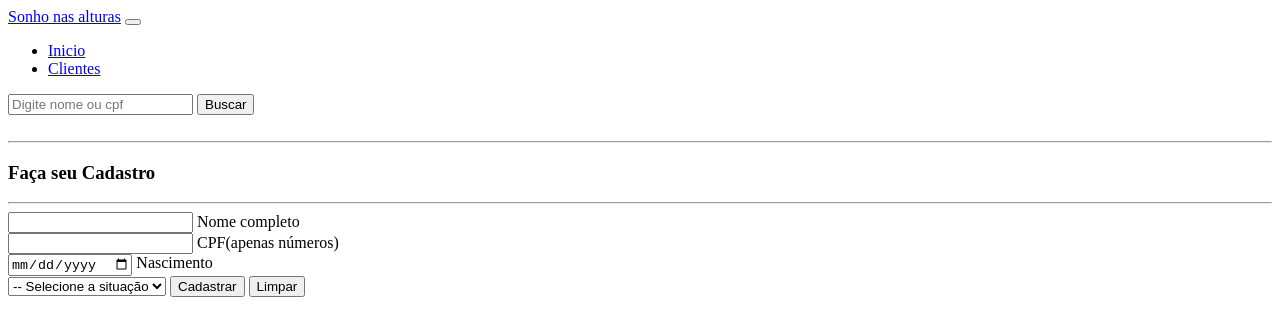
Repository: GabrielAzevedo99/back-end
Page: http://localhost/java-crud/lista.jsp
These files come from the project's save history. The page is drawn as it stood at one moment and after the next save; the edit follows.
The browser window is 1280 px wide. The pictures show the whole page.
The page is served by Tomcat 9. Other server files are loaded and not shown.

Above is the page before, as saved 2022-02-05 21:30:00.

### java-crud/src/main/webapp/lista.jsp
<%@ page language="java" contentType="text/html; charset=ISO-8859-1" pageEncoding="ISO-8859-1"%>
<%@ taglib uri='http://java.sun.com/jsp/jstl/core' prefix='c'%>
<!DOCTYPE html>
<html>
<head>
<meta charset="ISO-8859-1">
<title>Insert title here</title>
</head>
<body>
<nav class="navbar navbar-expand-lg navbar-light bg-light">
  <div class="container-fluid">
    <a class="navbar-brand" href="#">Sonho nas alturas</a>
    <button class="navbar-toggler" type="button" data-bs-toggle="collapse" data-bs-target="#navbarSupportedContent" aria-controls="navbarSupportedContent" aria-expanded="false" aria-label="Toggle navigation">
      <span class="navbar-toggler-icon"></span>
    </button>
    <div class="collapse navbar-collapse" id="navbarSupportedContent">
      <ul class="navbar-nav me-auto mb-2 mb-lg-0">
        <li class="nav-item">
          <a class="nav-link active" aria-current="page" href="index.html">Inicio</a>
        </li>
        <li class="nav-item">
          <a class="nav-link" href="#">Clientes</a>
        </li>


      </ul>
      <form action="CreateAndFind" method="GET" class="d-flex">
        <input name="pesquisa" class="form-control me-2" type="search" placeholder="Digite nome ou cpf" aria-label="Search">
        <button class="btn btn-outline-success" type="submit">Buscar</button>
      </form>
    </div>
  </div>
</nav>

<br>
<div class="container">
<div class="row">
<hr>
<h3>Faça seu Cadastro</h3>
<hr>
<form action="CreateAndFind" method="POST">

<div class="form-floating mb-3">
						<input name="nome" maxlength="40" type="text" class="form-control" id="floatingInput1">
						<label>Nome completo</label>
					</div>
					<div class="form-floating mb-3">
						<input name="cpf" maxlength="11" type="text" class="form-control">
						<label>CPF(apenas números)</label>
					</div>
					<div class="form-floating mb-3">
						<input name="nascimento" type="date" class="form-control" placeholder="Nascimento">
						<label>Nascimento</label>
					</div>
					<select name="situacao" class="form-select mb-3" aria-label="Exemplo de seleção padrão">
						<option value="Inativo" selected>-- Selecione a situação</option>
						<option value="Ativo">Ativo</option>
						<option value="Inativo">Inativo</option>
					</select>

					<button class=" btn btn-primary" type="submit" >Cadastrar </button>
					<button class ="btn btn-secondary" type="reset" >Limpar</button>



<!-- JavaScript Bundle with Popper -->
<script src="https://cdn.jsdelivr.net/npm/bootstrap@5.1.3/dist/js/bootstrap.bundle.min.js" integrity="sha384-ka7Sk0Gln4gmtz2MlQnikT1wXgYsOg+OMhuP+IlRH9sENBO0LRn5q+8nbTov4+1p" crossorigin="anonymous"></script>

</body>
</html >

After the next save:
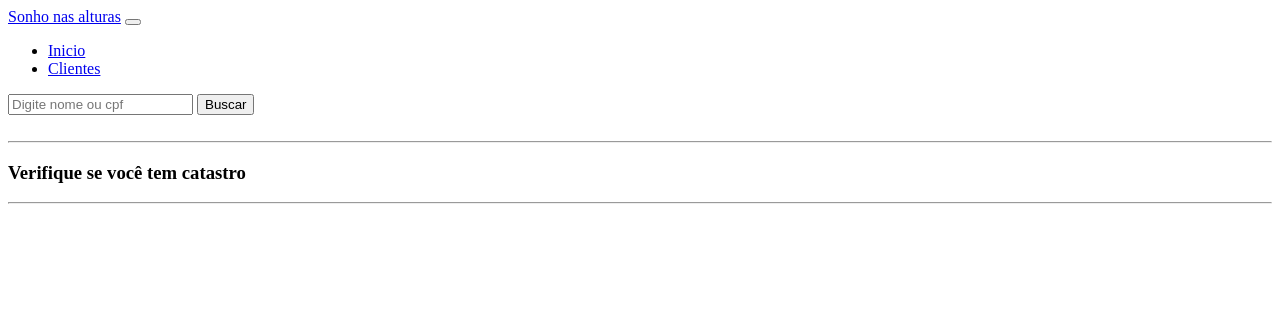
Saved 6 min 59 s later.
--- a/java-crud/src/main/webapp/lista.jsp
+++ b/java-crud/src/main/webapp/lista.jsp
@@ -4,7 +4,7 @@
 <html>
 <head>
 <meta charset="ISO-8859-1">
-<title>Insert title here</title>
+<title>Lista de Clientes</title>
 </head>
 <body>
 <nav class="navbar navbar-expand-lg navbar-light bg-light">
@@ -36,30 +36,8 @@
 <div class="container">
 <div class="row">
 <hr>
-<h3>Faça seu Cadastro</h3>
+<h3>Verifique se você tem catastro</h3>
 <hr>
-<form action="CreateAndFind" method="POST">
-
-<div class="form-floating mb-3">
-						<input name="nome" maxlength="40" type="text" class="form-control" id="floatingInput1">
-						<label>Nome completo</label>
-					</div>
-					<div class="form-floating mb-3">
-						<input name="cpf" maxlength="11" type="text" class="form-control">
-						<label>CPF(apenas números)</label>
-					</div>
-					<div class="form-floating mb-3">
-						<input name="nascimento" type="date" class="form-control" placeholder="Nascimento">
-						<label>Nascimento</label>
-					</div>
-					<select name="situacao" class="form-select mb-3" aria-label="Exemplo de seleção padrão">
-						<option value="Inativo" selected>-- Selecione a situação</option>
-						<option value="Ativo">Ativo</option>
-						<option value="Inativo">Inativo</option>
-					</select>
-
-					<button class=" btn btn-primary" type="submit" >Cadastrar </button>
-					<button class ="btn btn-secondary" type="reset" >Limpar</button>
 
 
 
